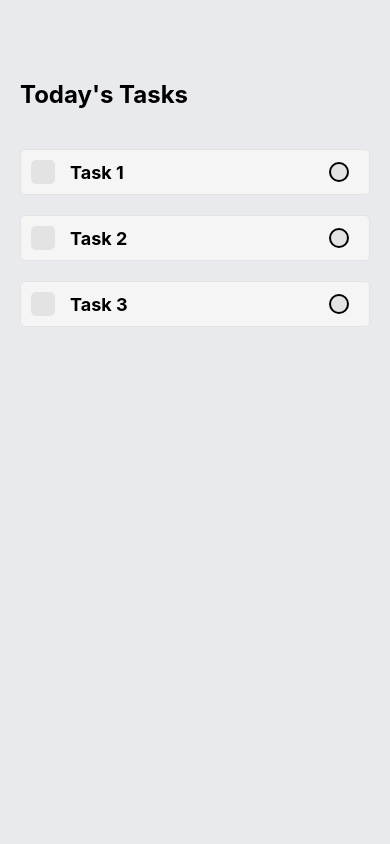
Repository: lomelo-x/ToDo-App
Screen: /
The author's editor kept a copy of each file at every save. The screen is drawn from the files as they stood at one save, then again after the next save.
The app was drawn by React Native's web renderer in a window 390 px wide. The project was rebuilt for these pictures with package versions that can differ from the ones it lists, and the page was loaded fresh each time.

Above is the screen before, as saved 2022-06-17 19:49:17.

After the next save:
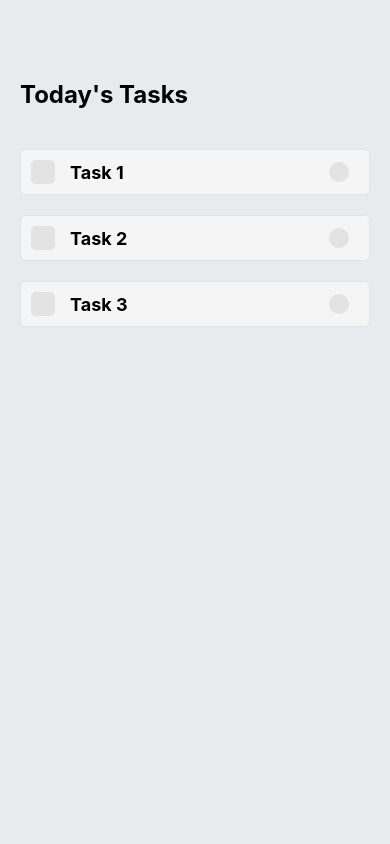
Saved 6 s later.
--- a/components/Task.js
+++ b/components/Task.js
@@ -41,7 +41,6 @@ const styles = StyleSheet.create({
 		height: 20,
 		borderRadius: 50,
 		backgroundColor: '#e3e3e3',
-		borderWidth: 2,
 		marginRight: 10,
 
 
